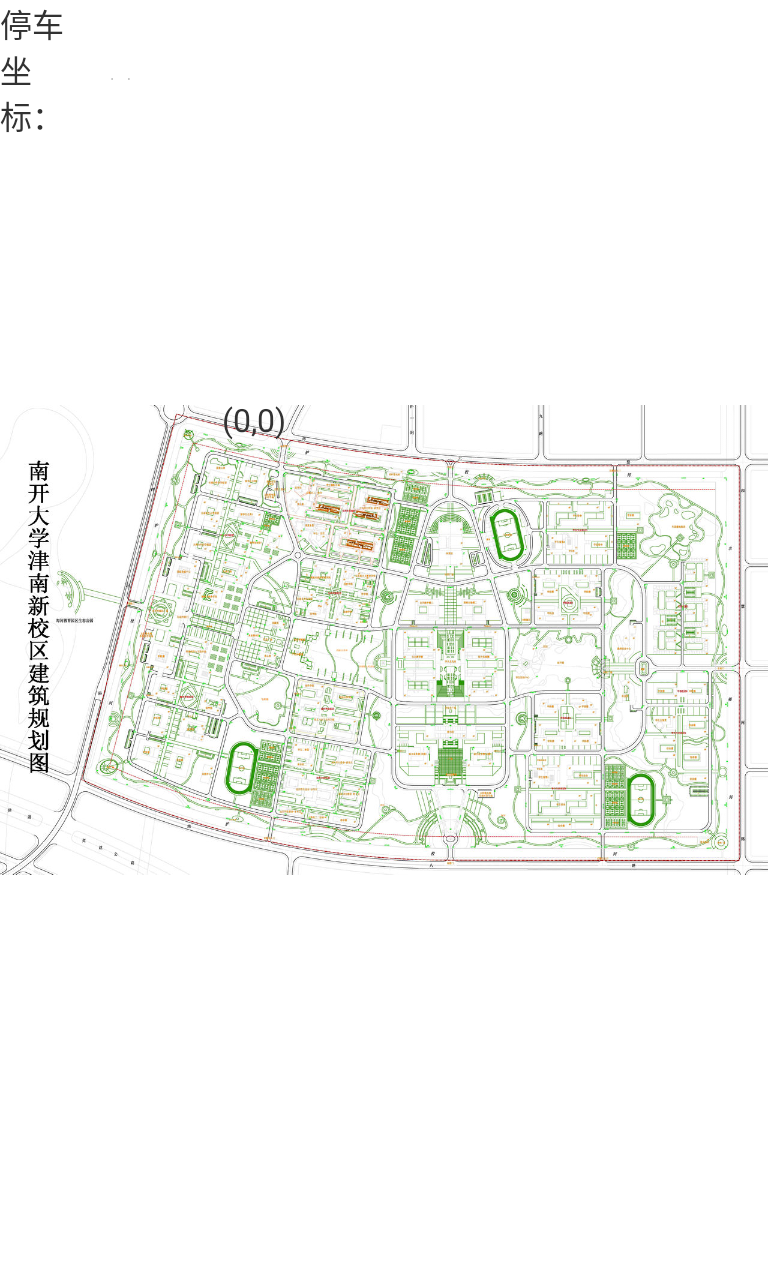
Repository: CovaWang/temporary_embedded
Layout: 7#车联·共享单车/代码/代码/res/layout/compass.xml
The author's editor kept a copy of each file at every save. The layout is drawn from the files as they stood at one save, then again after the next save.
It is drawn on a 768 x 1280 px phone screen (xhdpi) without system bars, with theme AppTheme; the app's code is not run.

Above is the layout before, as saved 2024-04-24 12:40:34.

After the next save:
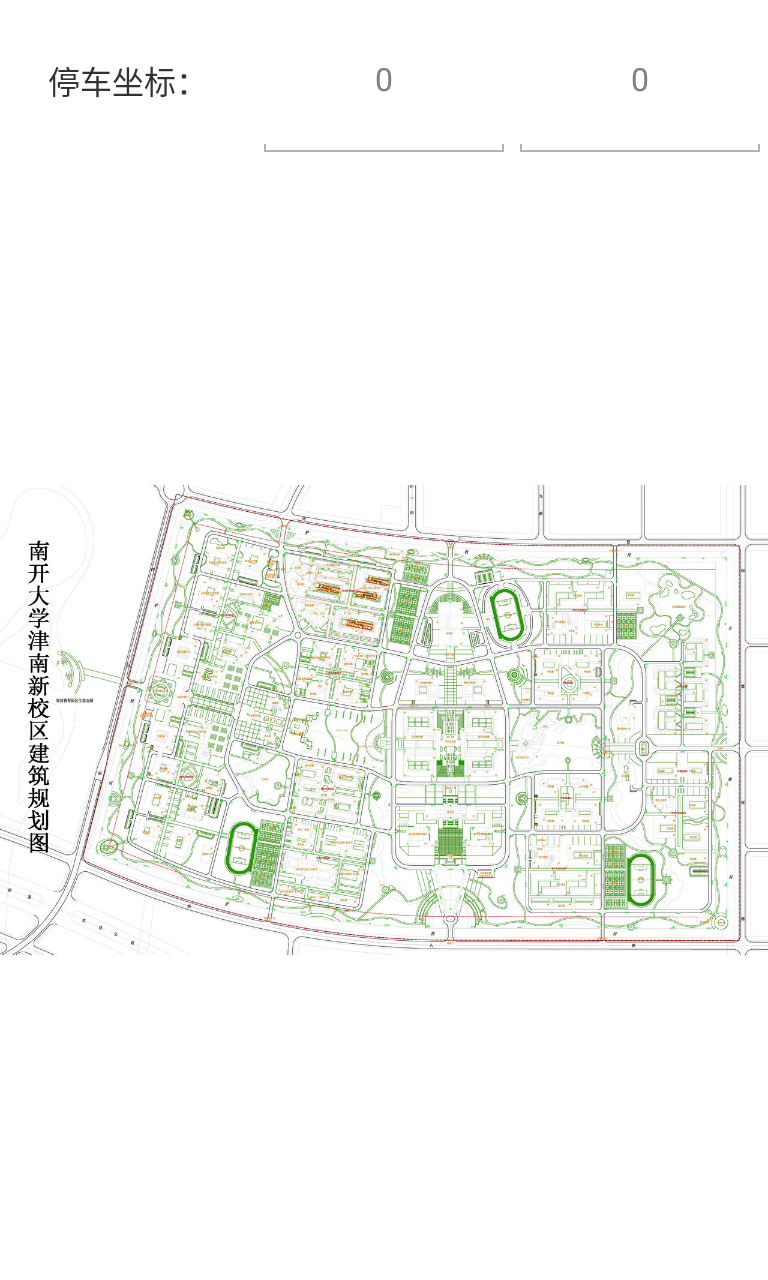
Saved 2 min 49 s later.
--- a/7#车联·共享单车/代码/代码/res/layout/compass.xml
+++ b/7#车联·共享单车/代码/代码/res/layout/compass.xml
@@ -1,19 +1,18 @@
 <?xml version="1.0" encoding="utf-8"?>
-<RelativeLayout xmlns:android="http://schemas.android.com/apk/res/android"
+<LinearLayout xmlns:android="http://schemas.android.com/apk/res/android"
     android:layout_width="fill_parent"
     android:layout_height="match_parent"
     android:orientation="vertical" >
 
     <LinearLayout
-       	android:layout_width="100dp"
-       	android:layout_height="100dp"
+       	android:layout_width="match_parent"
+       	android:layout_height="match_parent"
        	android:orientation="horizontal"
 		android:layout_weight="7">
 	    <TextView
 			android:layout_width="match_parent"
 			android:layout_height="match_parent"
-			android:layout_marginTop="0dp"
-			android:layout_marginLeft="0dp"
+			android:gravity="center"
 			android:text="停车坐标："
 			android:textSize="16dp"
 			android:layout_weight="1" />
@@ -21,9 +20,8 @@
 	    <EditText
 	        android:id="@+id/compass_text1"
 			android:layout_width="match_parent"
-			android:layout_height="10dp"
-			android:layout_marginTop="0dp"
-			android:layout_marginLeft="20dp"
+			android:layout_height="match_parent"
+			android:gravity="center"
 			android:hint="0"
 			android:textSize="16sp"
 			android:textColor="#8A2BE2"
@@ -33,8 +31,7 @@
 	        android:id="@+id/compass_text2"
 			android:layout_width="match_parent"
 			android:layout_height="match_parent"
-			android:layout_marginTop="0dp"
-			android:layout_marginLeft="40dp"
+			android:gravity="center"
 			android:hint="0"
 			android:textSize="16sp"
 			android:textColor="#8A2BE2"
@@ -54,22 +51,19 @@
         android:id="@+id/compass_img"
         android:layout_width="match_parent"
         android:layout_height="match_parent"
-        android:layout_alignParentBottom="true"
         android:layout_gravity="center"
-        android:layout_weight="1"
-        android:src="@drawable/map" />
-
+        android:src="@drawable/map"
+        android:layout_weight="1" />
+<FrameLayout >
     <TextView
         android:id="@+id/compass_d"
         android:layout_width="114dp"
         android:layout_height="100dp"
-        android:layout_alignParentLeft="true"
-        android:layout_alignParentTop="true"
-        android:layout_marginLeft="70dp"
-        android:layout_marginTop="160dp"
         android:gravity="center"
         android:scaleType="fitCenter"
         android:text="(0,0)"
-        android:textSize="16dp" />
+        android:textSize="16dp"
+          />
+   </FrameLayout>
 
-</RelativeLayout>
+</LinearLayout>
